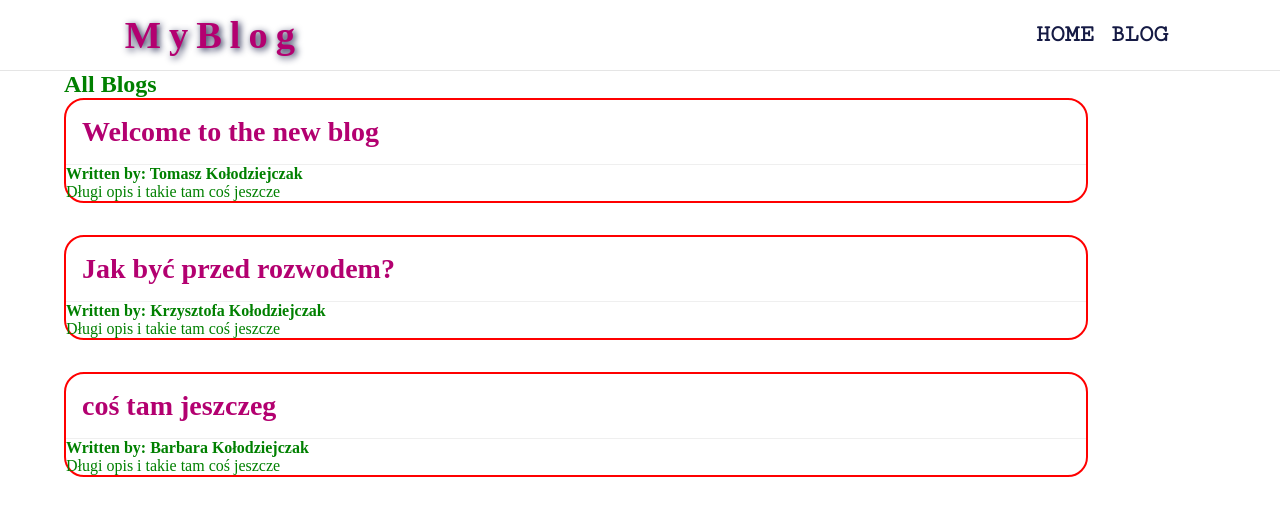
Repository: KrzysKolo/myBlog
Page: /
An editor plug-in stored every save of this project. The page is shown before and after the next save, followed by the edit.
The browser window is 1280 px wide. The pictures show the whole page.
Some web fonts or font styles are not loaded; a fallback is used. The project was rebuilt for these pictures with package versions that can differ from the ones it lists, and the page was loaded fresh each time. Requests to the local data server were answered from the project's data file. Also part of the build but not shown: src/pages/Blog/Blog.css, src/pages/Blog/Blog.js, src/pages/BlogNote/BlogNote.css, src/pages/BlogNote/BlogNote.js.

Above is the page before, as saved 2021-04-27 10:43:45.

After the next save:
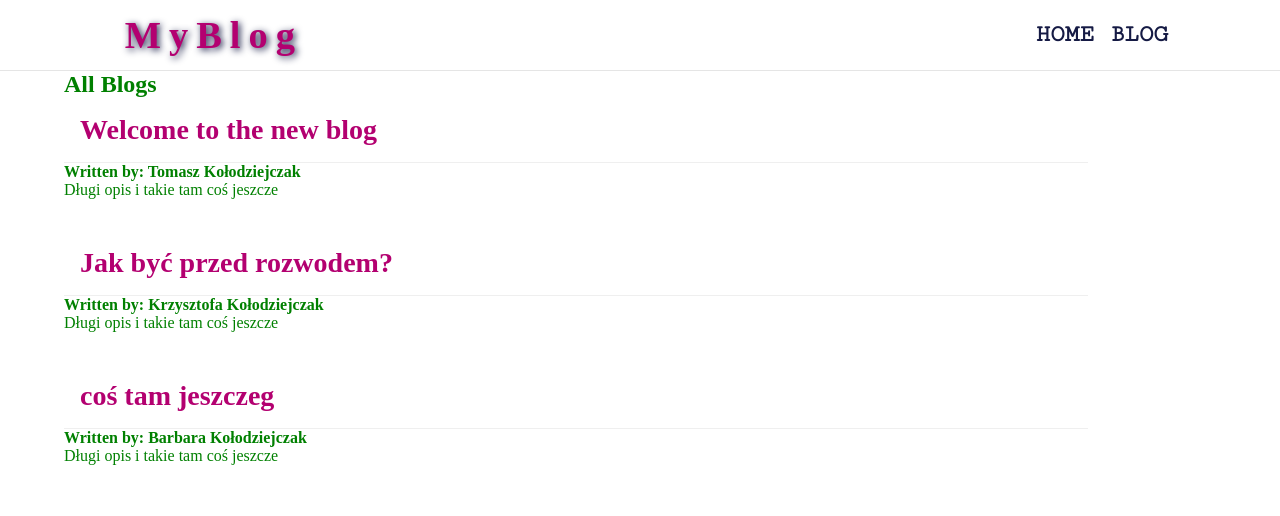
Saved 47 s later.
--- a/src/components/BlogList/BlogList.css
+++ b/src/components/BlogList/BlogList.css
@@ -1,5 +1,5 @@
 .blog-preview {
-  border: 2px solid red;
+  /* border: 2px solid red; */
   border-radius: 20px;
   width: 80vw;
   margin-bottom: 2rem;
